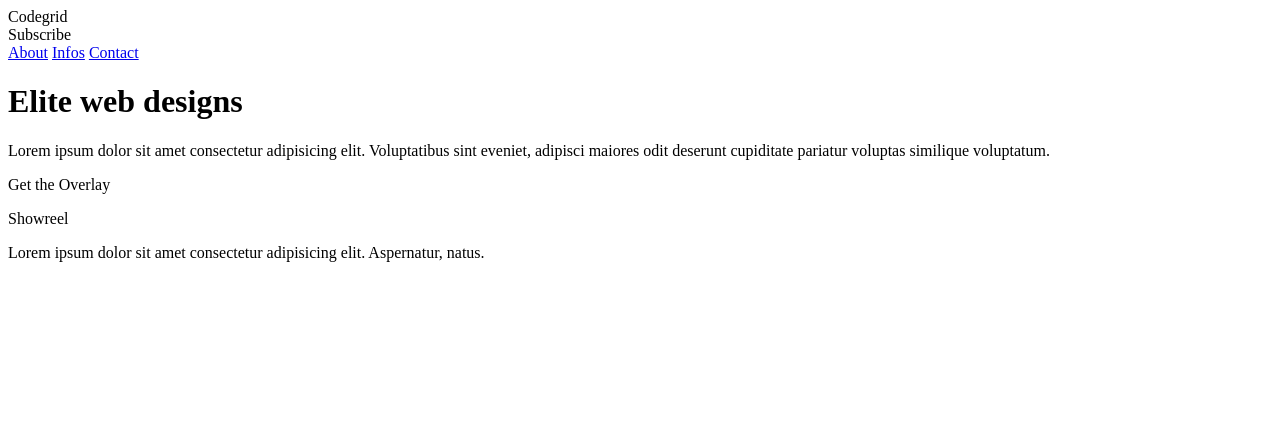
Repository: burhanjawed/Responsive-Slide-Out-Menu
Page: index.html
The author's editor kept a copy of each file at every save. The page is drawn from the files as they stood at one save, then again after the next save.
The browser window is 1280 px wide. The pictures show the whole page.
Some icons come from a web library that is not loaded, so they are not drawn. Some web libraries are served in a nearby version.

Above is the page before, as saved 2023-11-26 20:59:53.

### index.html
<!DOCTYPE html>
<html lang="en">
  <head>
    <meta charset="UTF-8" />
    <meta name="viewport" content="width=device-width, initial-scale=1.0" />
    <title>Slide Out Menu</title>
    <script src="https://unpkg.com/@phosphor-icons/web"></script>
  </head>
  <body>
    <div class="container">
      <div class="website-content">
        <nav>
          <div class="logo">Codegrid</div>
          <div class="logo">Subscribe</div>
          <div class="links">
            <a href="#">About</a>
            <a href="#">Infos</a>
            <a href="#">Contact</a>
          </div>
        </nav>

        <div class="hero">
          <h1>Elite web designs</h1>
          <p>
            Lorem ipsum dolor sit amet consectetur adipisicing elit.
            Voluptatibus sint eveniet, adipisci maiores odit deserunt cupiditate
            pariatur voluptas similique voluptatum.
          </p>
        </div>
      </div>

      <div class="overlay-toggle">
        <p>Get the Overlay</p>
        <p><i class="ph ph-arrow-right"></i></p>
      </div>
    </div>

    <div class="sidebar">
      <div class="card">
        <div class="card-title">
          <div>Showreel</div>
          <div class="close-btn"><i class="ph-thin ph-x"></i></div>
        </div>
        <div class="card-copy">
          <p>
            Lorem ipsum dolor sit amet consectetur adipisicing elit. Aspernatur,
            natus.
          </p>
        </div>
      </div>
    </div>
    <script src="https://cdnjs.cloudflare.com/ajax/libs/gsap/3.12.2/gsap.min.js"></script>
    <script></script>
  </body>
</html>

After the next save:
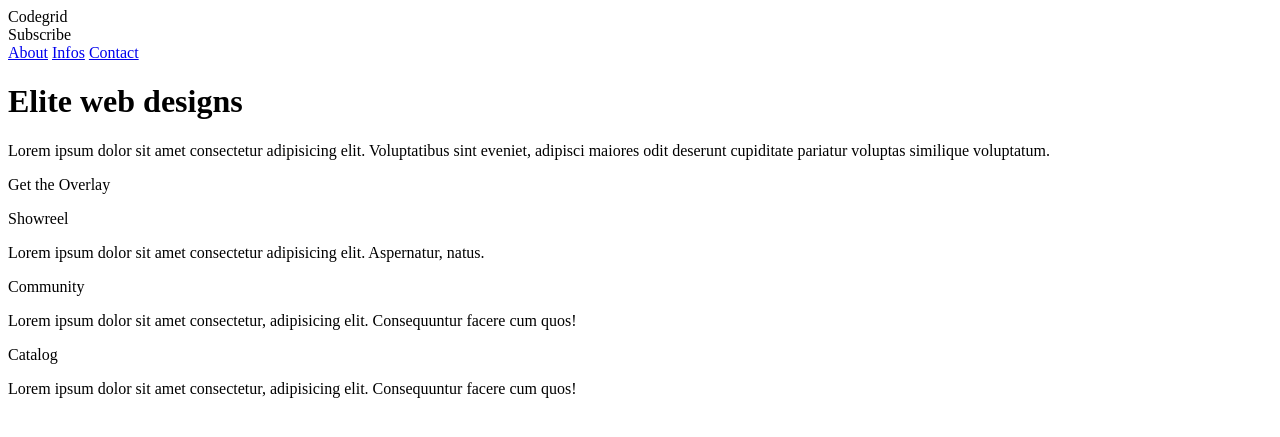
Saved 107 s later.
--- a/index.html
+++ b/index.html
@@ -48,6 +48,24 @@
           </p>
         </div>
       </div>
+      <div class="card">
+        <div class="card-title">Community</div>
+        <div class="card-copy">
+          <p>
+            Lorem ipsum dolor sit amet consectetur, adipisicing elit.
+            Consequuntur facere cum quos!
+          </p>
+        </div>
+      </div>
+      <div class="card">
+        <div class="card-title">Catalog</div>
+        <div class="card-copy">
+          <p>
+            Lorem ipsum dolor sit amet consectetur, adipisicing elit.
+            Consequuntur facere cum quos!
+          </p>
+        </div>
+      </div>
     </div>
     <script src="https://cdnjs.cloudflare.com/ajax/libs/gsap/3.12.2/gsap.min.js"></script>
     <script></script>
